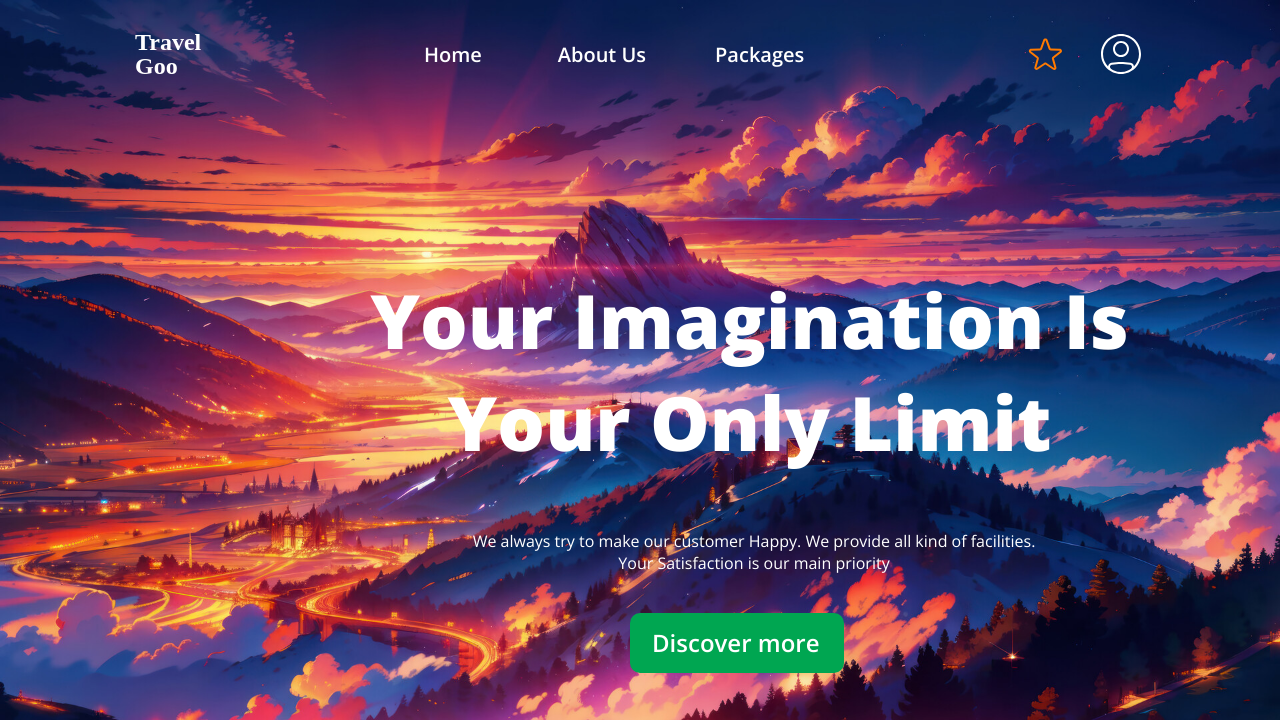
Repository: HeybetzadeQedim/task-3
Page: index.html
These files come from the project's save history. The page is drawn as it stood at one moment and after the next save; the edit follows.
The browser window is 1280 px wide. The pictures show the whole page.
Some web fonts or font styles are not loaded; a fallback is used.

Above is the page before, as saved 2023-10-07 13:46:55.

After the next save:
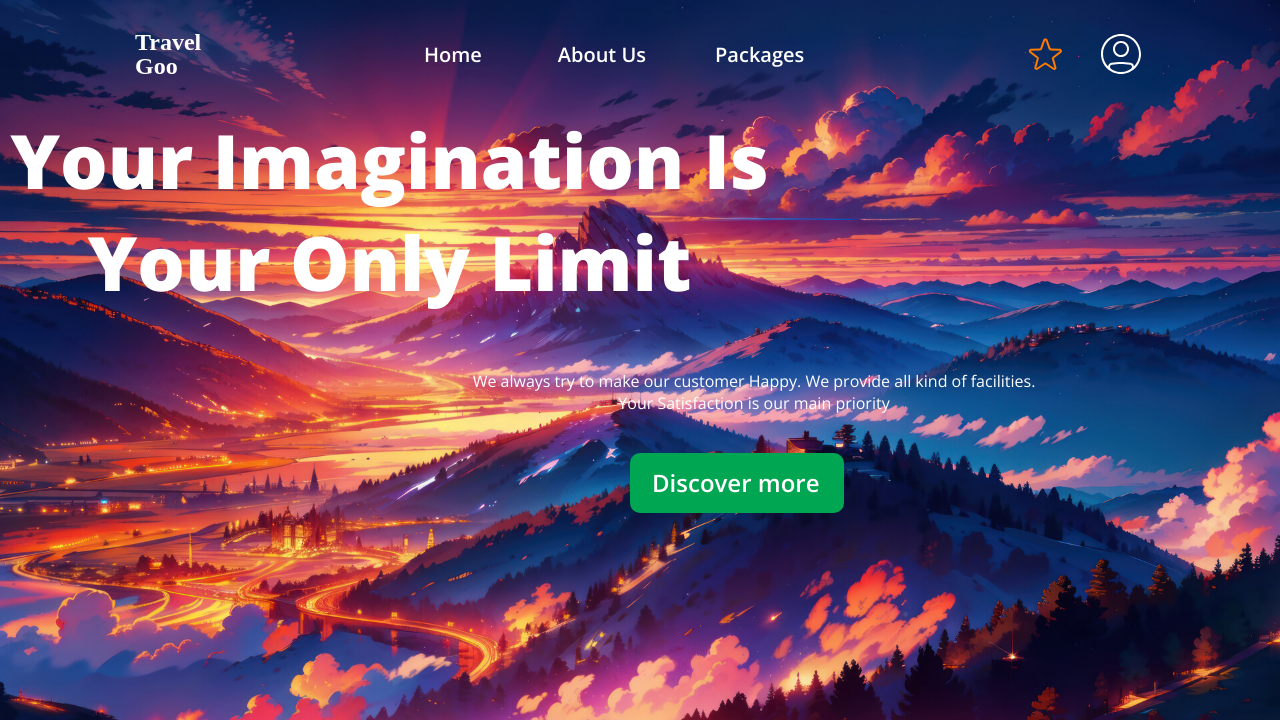
Saved 27 s later.
--- a/index.css
+++ b/index.css
@@ -63,8 +63,8 @@ li {
 }
 h1 {
   color: #fff;
-  margin-left: 360px;
-  margin-top: 160px;
+  /* margin-left: 360px;
+  margin-top: 160px; */
   width: 779px;
   text-align: center;
   font-family: Open Sans;
